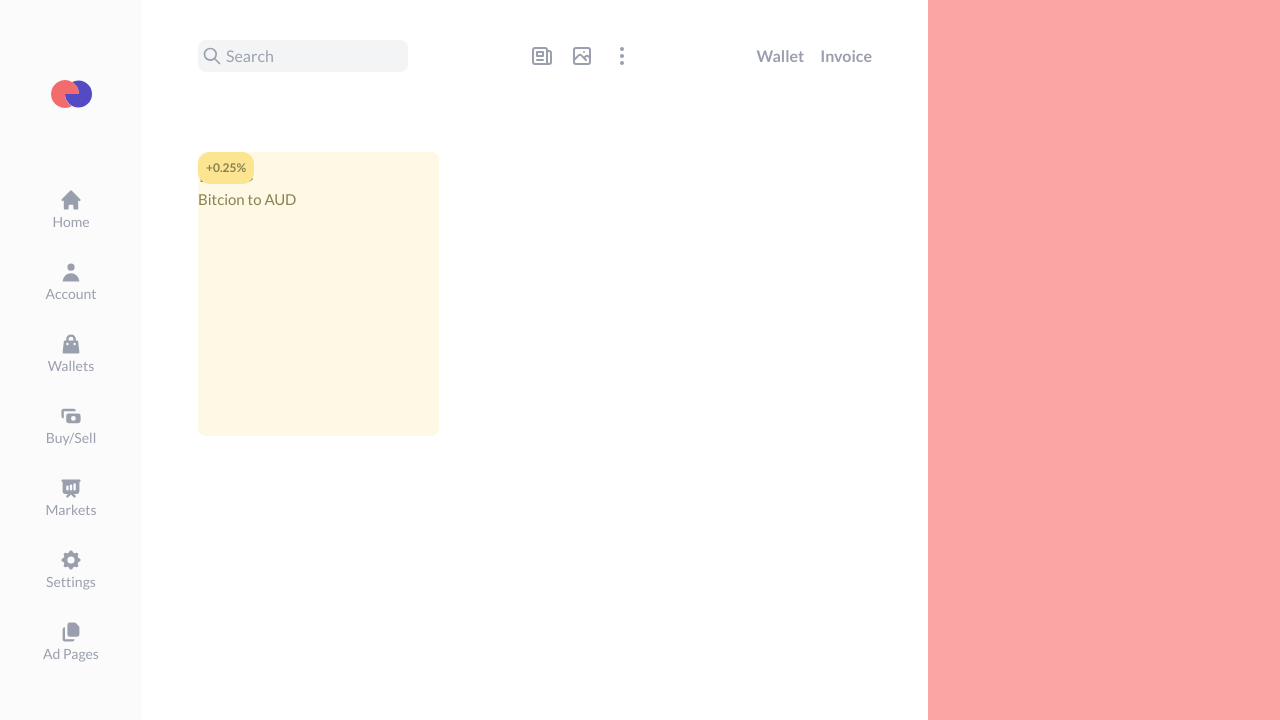
Repository: almaqdad55/crypto-app-nextjs
Page: /
An editor plug-in stored every save of this project. The page is shown before and after a run of saves, followed by the edit.
The browser window is 1280 px wide. The pictures show the whole page.
The project was rebuilt for these pictures with package versions that can differ from the ones it lists, and the page was loaded fresh each time. The framework's server and built-in components were replaced by stand-ins that run in the browser.

Above is the page before, as saved 2022-01-04 20:42:27.

### pages/index.js
import Head from 'next/head';
import Sidebar from '../components/Sidebar';
import Feed from '../components/Feed';
import Widget from '../components/Widget';

export default function Home() {
  return (
    <div className="">
      <Head>
        <title>Crypto Trade</title>
        <link rel="icon" href="/logo.svg" />
      </Head>

      <main className="flex">
        <Sidebar />
        <Feed />
        <Widget />
      </main>
    </div>
  );
}

### styles/globals.css
@import url('https://fonts.googleapis.com/css2?family=Lato:wght@300;400;700&display=swap');

@tailwind base;
@tailwind components;
@tailwind utilities;

@layer base {
  body {
    @apply bg-white font-Lato;
  }
}

@layer components {
  .icon-group {
    @apply flex flex-col  items-center text-sm cursor-pointer text-[#9A9FAD] hover:text-[#544AC3] transition duration-200;
  }
}

### components/Sidebar.jsx
import {
  HomeIcon,
  UserIcon,
  CashIcon,
  ShoppingBagIcon,
  PresentationChartBarIcon,
  CogIcon,
  DocumentDuplicateIcon,
} from '@heroicons/react/solid';

const Sidebar = () => {
  return (
    <div className="flex flex-col items-center  h-screen w-[142px]  bg-[#fbfbfb] ">
      <div className="mt-20">
        <img src="/logo.svg" alt="" />
      </div>
      <div className="mb-40 mt-20 flex flex-col space-y-7">
        <div className="icon-group group">
          <HomeIcon className="h-6 " />
          <span className="">Home</span>
        </div>
        <div className="icon-group group">
          <UserIcon className="h-6 " />
          <span className="">Account</span>
        </div>
        <div className="icon-group group">
          <ShoppingBagIcon className="h-6 " />
          <span className="">Wallets</span>
        </div>
        <div className="icon-group group ">
          <CashIcon className="h-6 " />
          <span className="">Buy/Sell</span>
        </div>
        <div className="icon-group group">
          <PresentationChartBarIcon className="h-6 " />
          <span className="">Markets</span>
        </div>
        <div className="icon-group group">
          <CogIcon className="h-6 " />
          <span className="">Settings</span>
        </div>
        <div className="icon-group group">
          <DocumentDuplicateIcon className="h-6 " />
          <span className="">Ad Pages</span>
        </div>
      </div>
    </div>
  );
};

export default Sidebar;

### components/Feed.jsx
import {
  DotsVerticalIcon,
  PhotographIcon,
  NewspaperIcon,
  SearchIcon,
} from '@heroicons/react/outline';

import Card from './Card';

// import { SearchIcon } from '@heroicons/react/solid';
const Feed = () => {
  return (
    <div className=" flex-grow  bg-white px-14 py-10 space-y-20">
      {/* Top Menu */}
      <div className="flex items-center  justify-between ">
        <div className="flex items-center bg-[#F2F4F5] rounded-lg p-1 space-x-1">
          <SearchIcon className="h-5 text-[#9A9FAD]" />
          <input
            type="text"
            placeholder={`Search`}
            className="outline-none bg-[#F2F4F5]"
          />
        </div>
        <div className="flex space-x-4 text-[#9A9FAD] ">
          <NewspaperIcon className="h-6 " />
          <PhotographIcon className="h-6 " />
          <DotsVerticalIcon className="h-6 " />
        </div>
        <div className="flex text-[16px] font-bold space-x-4 text-[#9A9FAD]  ">
          <p className="">Wallet</p>
          <p className="">Invoice</p>
        </div>
      </div>

      {/* Cards Display */}
      <div>
        <Card />
      </div>
    </div>
  );
};

export default Feed;

### components/Widget.jsx
const Widget = () => {
  return <div className="bg-red-300 min-w-[352px]"></div>;
};

export default Widget;

### components/Card.jsx
const Card = () => {
  return (
    <div className="w-[241px] h-[284px] bg-[#FDF9E5] rounded-lg relative text-[#8B7F50]">
      <div className="absolute bg-[#FBE591] text-[#8B7F50] text-xs rounded-xl p-2 font-bold">
        +0.25%
      </div>
      <h1 className="text-3xl ">BTC</h1>
      <p className="text-[15px]">Bitcion to AUD</p>
    </div>
  );
};

export default Card;

### tailwind.config.js
module.exports = {
  content: [
    './pages/**/*.{js,ts,jsx,tsx}',
    './components/**/*.{js,ts,jsx,tsx}',
  ],
  theme: {
    extend: {
      fontFamily: {
        Lato: ['Lato', 'sans-serif'],
      },
    },
  },
  plugins: [],
};

Loaded but not shown: pages/_app.js (common file)

After the next 2 saves:
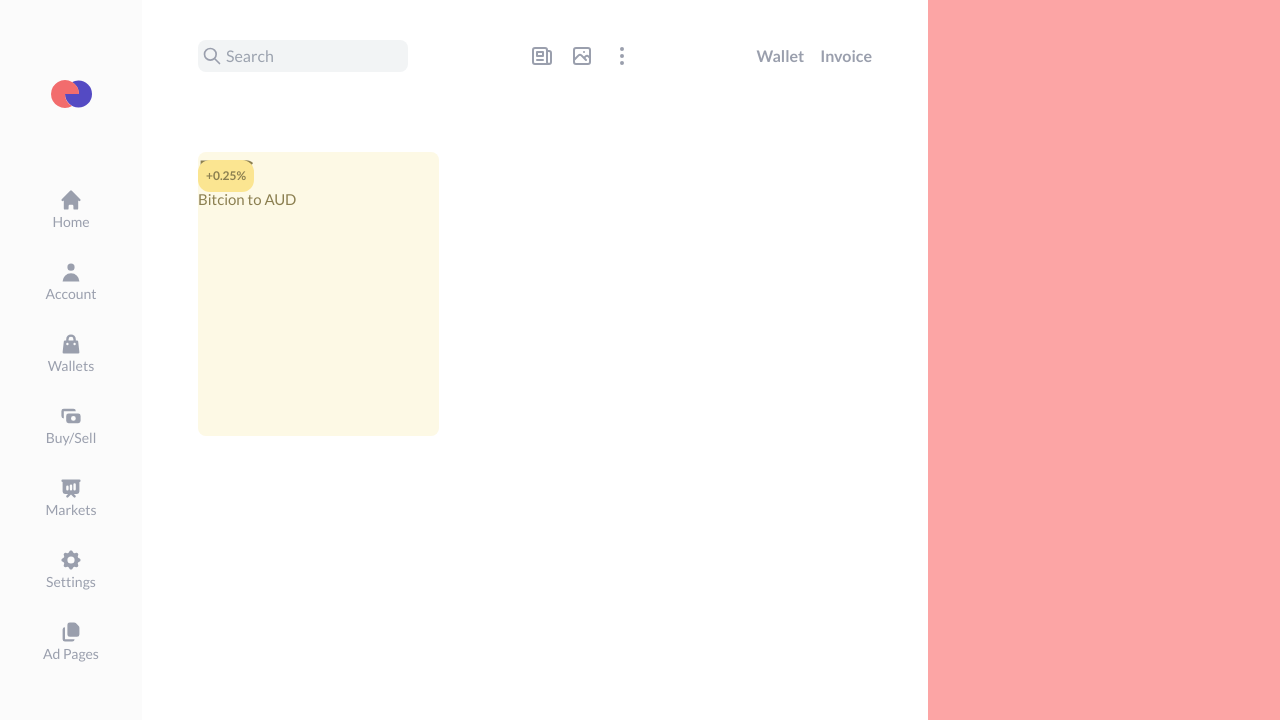
The 2 saves are shown as one change because they came seconds apart.
The last was saved 7 s later.
--- a/components/Card.jsx
+++ b/components/Card.jsx
@@ -1,7 +1,7 @@
 const Card = () => {
   return (
     <div className="w-[241px] h-[284px] bg-[#FDF9E5] rounded-lg relative text-[#8B7F50]">
-      <div className="absolute bg-[#FBE591] text-[#8B7F50] text-xs rounded-xl p-2 font-bold">
+      <div className="absolute bg-[#FBE591] text-[#8B7F50] text-xs rounded-xl p-2 font-bold top-2">
         +0.25%
       </div>
       <h1 className="text-3xl ">BTC</h1>
